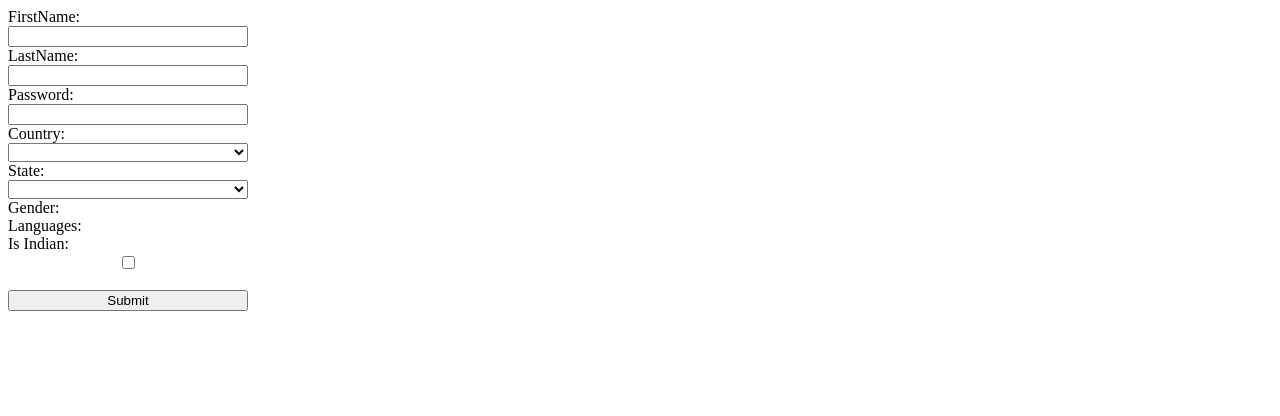
Repository: Vijay-aura/Wicket
Page: wicket-practice/src/main/java/com/form/InputFieldsPage.html
These files come from the project's save history. The page is drawn as it stood at one moment and after the next save; the edit follows.
The browser window is 1280 px wide. The pictures show the whole page.

Above is the page before, as saved 2024-03-06 07:18:48.

### wicket-practice/src/main/java/com/form/InputFieldsPage.html
<!DOCTYPE html>
<html xmlns="http://www.w3.org/1999/xhtml"
	xmlns:wicket=http://wicket.apache.org/dtds.data/wicket-xhtml1.4-strict.dtd>
<head>
<meta charset="ISO-8859-1">
<title>Insert title here</title>
<wicket:head>
	<style>
.form {
	display: flex;
	flex-direction: column;
	width:15rem;
}
</style>
</wicket:head>
</head>
<body>
	<form wicket:id="form" class="form">
		FirstName: <input type="text" wicket:id="firstName"> LastName:
		<input type="text" wicket:id="lastName">
		Password: <input type="password" wicket:id="password">
		Country: <select wicket:id="country"></select>
		State: <select wicket:id="state"></select>
		Gender: <span wicket:id="gender"></span>
		Languages: <span wicket:id="languages"></span>
		<label for="isIndian">Is Indian:</label> <input type="checkbox" wicket:id="isIndian" id="isIndian">
		<!-- <span wicket:id="sampleContainer"></span> -->
		<br><button wicket:id="button">Submit</button>
	</form>
	<div wicket:id="detailsContainer">
		<span wicket:id="details"></span>
	</div>

</body>
</html>

After the next save:
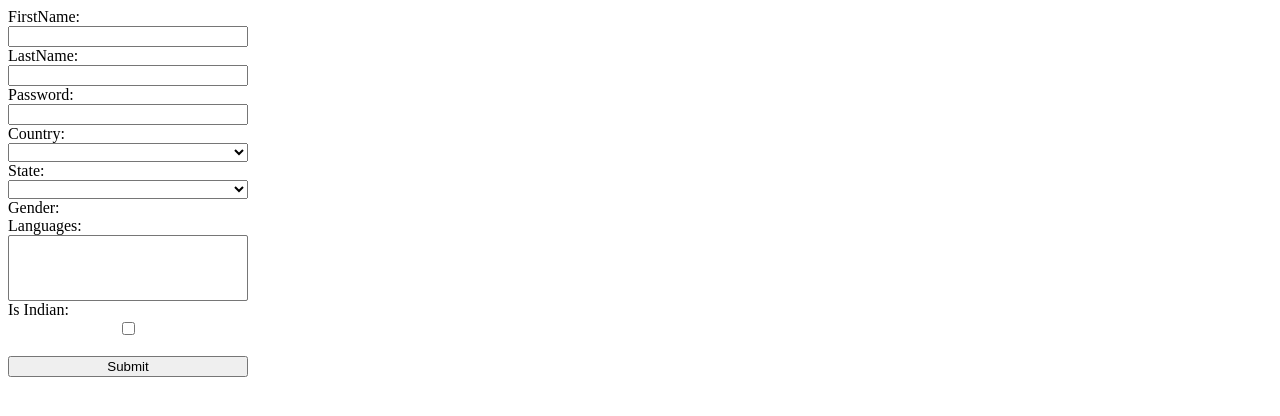
Saved 86 s later.
--- a/wicket-practice/src/main/java/com/form/InputFieldsPage.html
+++ b/wicket-practice/src/main/java/com/form/InputFieldsPage.html
@@ -22,7 +22,7 @@
 		Country: <select wicket:id="country"></select>
 		State: <select wicket:id="state"></select>
 		Gender: <span wicket:id="gender"></span>
-		Languages: <span wicket:id="languages"></span>
+		Languages: <select wicket:id="languages" multiple="multiple"></select>
 		<label for="isIndian">Is Indian:</label> <input type="checkbox" wicket:id="isIndian" id="isIndian">
 		<!-- <span wicket:id="sampleContainer"></span> -->
 		<br><button wicket:id="button">Submit</button>
